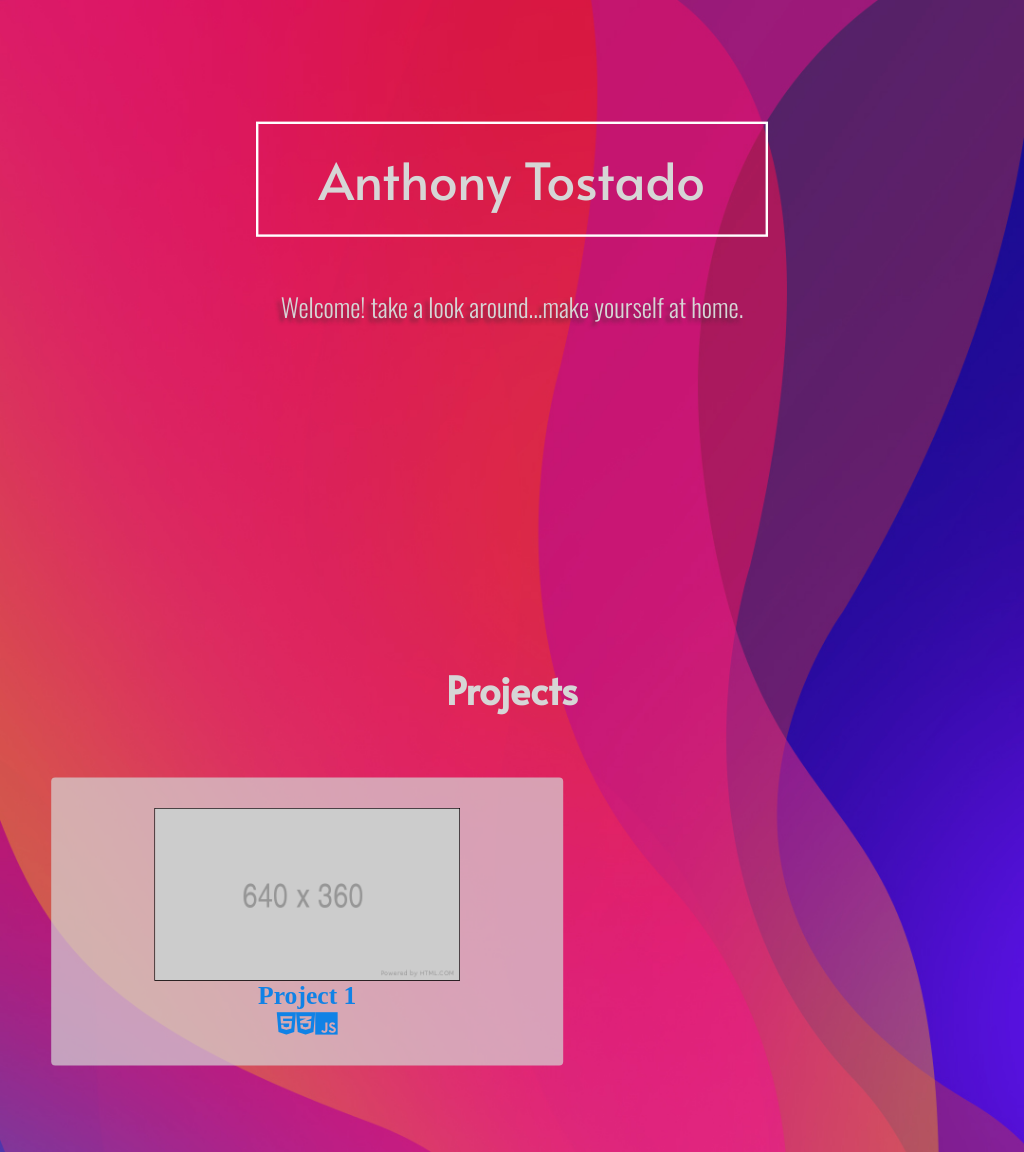
Repository: sloppytony/newport
Page: / (app in portfolio/)
An editor plug-in stored every save of this project. The page is shown before and after the next save, followed by the edit.
The browser window is 1280 px wide. The pictures show the whole page, at 80% of full size.
Backgrounds fixed to the window are drawn as part of the page. Some web libraries are served in a nearby version. The project was rebuilt for these pictures with package versions that can differ from the ones it lists, and the page was loaded fresh each time.

Above is the page before, as saved 2020-08-23 13:58:17.

### portfolio/public/index.html
<!DOCTYPE html>
<html lang="en">
  <head>
    <meta charset="utf-8" />
    <link rel="icon" href="%PUBLIC_URL%/favicon.ico" />
    <meta name="viewport" content="width=device-width, initial-scale=1" />
    <meta name="theme-color" content="#000000" />
    <meta
      name="description"
      content="Web site created using create-react-app"
    />
    <link rel="apple-touch-icon" href="%PUBLIC_URL%/logo192.png" />
    <!--
      manifest.json provides metadata used when your web app is installed on a
      user's mobile device or desktop. See https://developers.google.com/web/fundamentals/web-app-manifest/
    -->
    <link rel="manifest" href="%PUBLIC_URL%/manifest.json" />
    <!--
      Notice the use of %PUBLIC_URL% in the tags above.
      It will be replaced with the URL of the `public` folder during the build.
      Only files inside the `public` folder can be referenced from the HTML.

      Unlike "/favicon.ico" or "favicon.ico", "%PUBLIC_URL%/favicon.ico" will
      work correctly both with client-side routing and a non-root public URL.
      Learn how to configure a non-root public URL by running `npm run build`.
    -->
    <link
      href="https://fonts.googleapis.com/css2?family=Alata&family=Oswald:wght@300&display=swap"
      rel="stylesheet"
    />
    <script
      src="https://kit.fontawesome.com/9a01f23326.js"
      crossorigin="anonymous"
    ></script>
    <title>React App</title>
  </head>
  <body>
    <noscript>You need to enable JavaScript to run this app.</noscript>
    <div id="root"></div>
    <!--
      This HTML file is a template.
      If you open it directly in the browser, you will see an empty page.

      You can add webfonts, meta tags, or analytics to this file.
      The build step will place the bundled scripts into the <body> tag.

      To begin the development, run `npm start` or `yarn start`.
      To create a production bundle, use `npm run build` or `yarn build`.
    -->
  </body>
</html>

### portfolio/src/index.css
* {
  margin: 0;
  padding: 0;
  box-sizing: border-box;
}

body {
  background-image: url("./img/8_28_orig.png");
  background-size: cover;
  background-attachment: fixed;
}

### portfolio/src/App.js
import React from "react";

import "./App.css";

function App() {
  return (
    <body>
      <div className="everything">
        <div className="section1">
          <h1 className="mainTitle">Anthony Tostado</h1>
          <p className="mainPara">
            Welcome! take a look around...make yourself at home.
          </p>
          <h2 className="scroll">Scroll</h2>
        </div>
        <div className="section2">
          <h1 className="projectTitle">Projects</h1>
          <div className="projectContent">
            <div className="card1">
              <img
                className="cardImage"
                src={require("../src/img/640x360.png")}
              ></img>
              <h1 className="cardTitle">Project 1</h1>
              <section className="icons">
                <i class="fab fa-html5 fa-2x"></i>
                <i class="fab fa-css3-alt fa-2x"></i>
                <i class="fab fa-js fa-2x"></i>
              </section>
            </div>
          </div>
        </div>
      </div>
    </body>
  );
}

export default App;

### portfolio/src/App.css
.image {
  width: 100%;
  height: 100%;
}

/*opening page*/
.section1 {
  height: 100vh;
  width: 100%;

  color: rgb(16, 130, 230);
  display: flex;
  justify-content: center;
  align-items: center;
  flex-direction: column;
}

.mainTitle {
  font-family: "Alata", sans-serif;
  font-weight: 100;
  font-size: 400%;
  display: flex;
  justify-content: center;
  align-items: center;
  text-align: center;
  color: rgb(214, 214, 214);

  animation: fadeIn 1.5s;
  border: 3px solid white;
  width: 50%;
  height: 20%;
}

.mainPara {
  font-family: "Oswald", sans-serif;
  font-size: 200%;
  display: flex;
  align-items: center;
  text-align: center;
  color: rgb(214, 214, 214);
  padding: 5%;
  text-shadow: -5px 5px 5px rgba(44, 44, 44, 0.5);
  animation: fadeIn 1.5s;
}

.scroll {
  font-family: "Oswald", sans-serif;
  font-size: 300%;
  padding-bottom: 2%;
  animation: pulse 2.5s infinite;
  color: rgb(214, 214, 214);
}
.everything {
  height: 200%;
}

/*projects*/
.section2 {
  height: 100vh;
  width: 100%;

  color: rgb(16, 130, 230);
  display: flex;
  justify-content: center;
  align-items: center;
  flex-direction: column;
}

div.projectContent {
  width: 100%;
}

h1.projectTitle {
  height: 20vh;
  width: 100%;
  display: flex;
  justify-content: center;
  font-size: 300%;
  font-family: "Alata", sans-serif;
  color: rgb(214, 214, 214);
}

div.card1 {
  height: 50vh;
  width: 50%;
  display: flex;
  justify-content: center;
  align-items: center;
  flex-direction: column;
  background: rgb(214, 214, 214, 0.7);
  border-radius: 5px 5px 5px;
  margin-left: 5%;
}

.cardImage {
  height: 30vh;
  width: auto;
  border: 1px solid black;
}

@keyframes fadeIn {
  from {
    opacity: 0;
  }
  to {
    opacity: 1;
  }
}

@keyframes pulse {
  0% {
    opacity: 0;
  }

  50% {
    opacity: 1;
  }
  100% {
    opacity: 0;
  }
}

Loaded but not shown: portfolio/src/index.js (common file); portfolio/src/serviceWorker.js (common file)

After the next save:
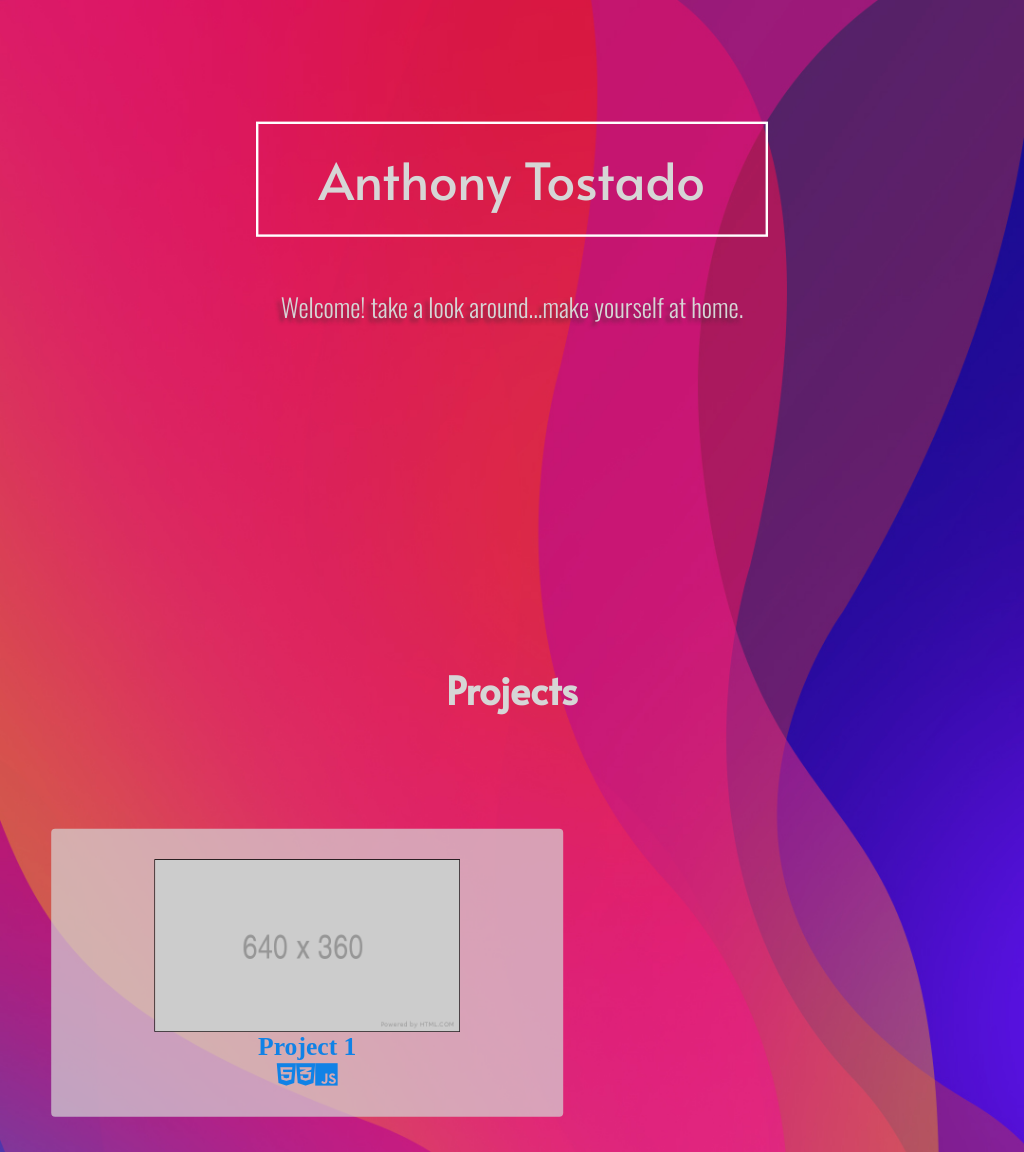
Saved 41 s later.
--- a/portfolio/src/App.css
+++ b/portfolio/src/App.css
@@ -78,6 +78,7 @@
   font-size: 300%;
   font-family: "Alata", sans-serif;
   color: rgb(214, 214, 214);
+  margin: 5%;
 }
 
 div.card1 {

After the save that followed:
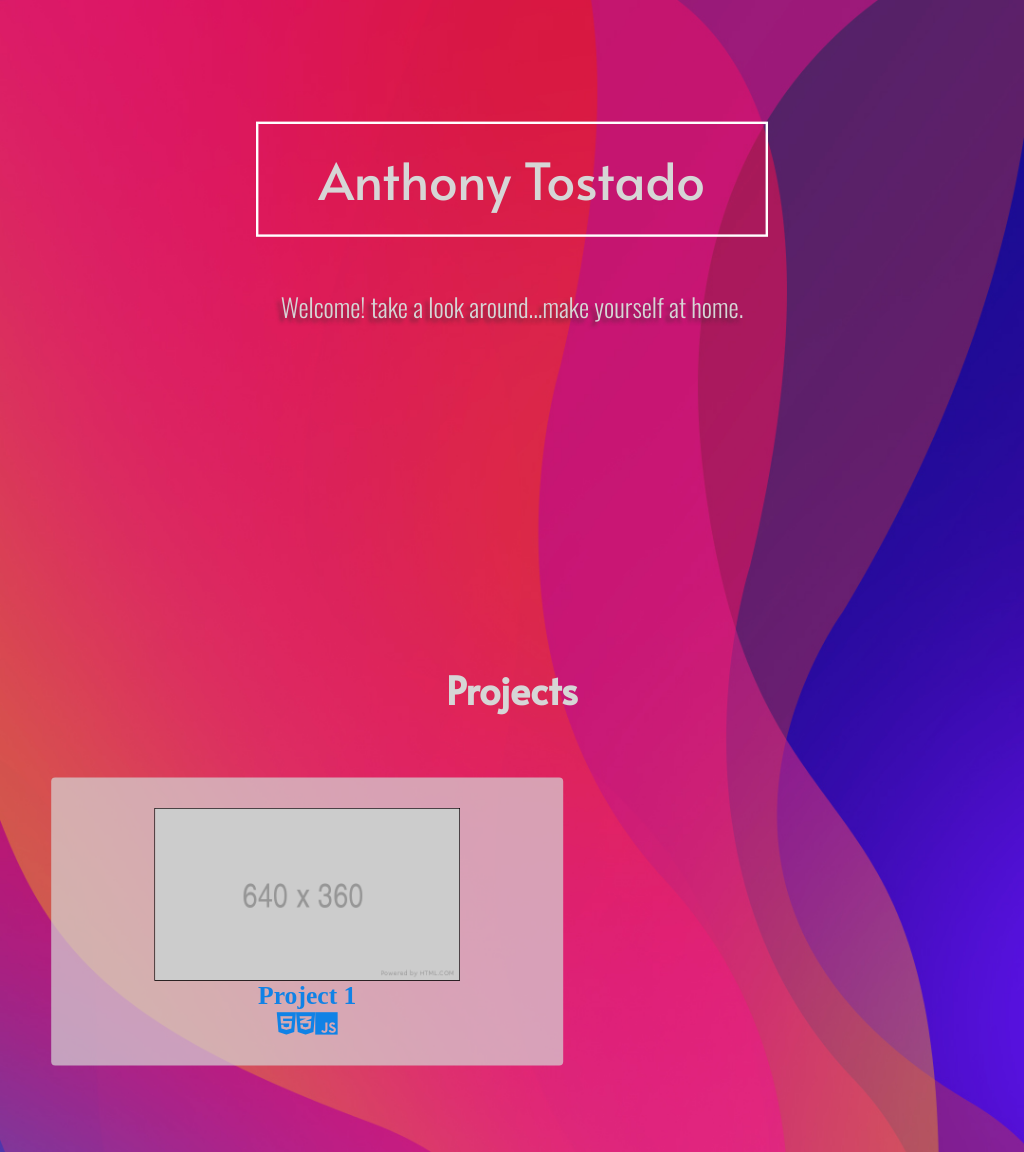
Saved 6 s later.
--- a/portfolio/src/App.css
+++ b/portfolio/src/App.css
@@ -78,7 +78,6 @@
   font-size: 300%;
   font-family: "Alata", sans-serif;
   color: rgb(214, 214, 214);
-  margin: 5%;
 }
 
 div.card1 {
